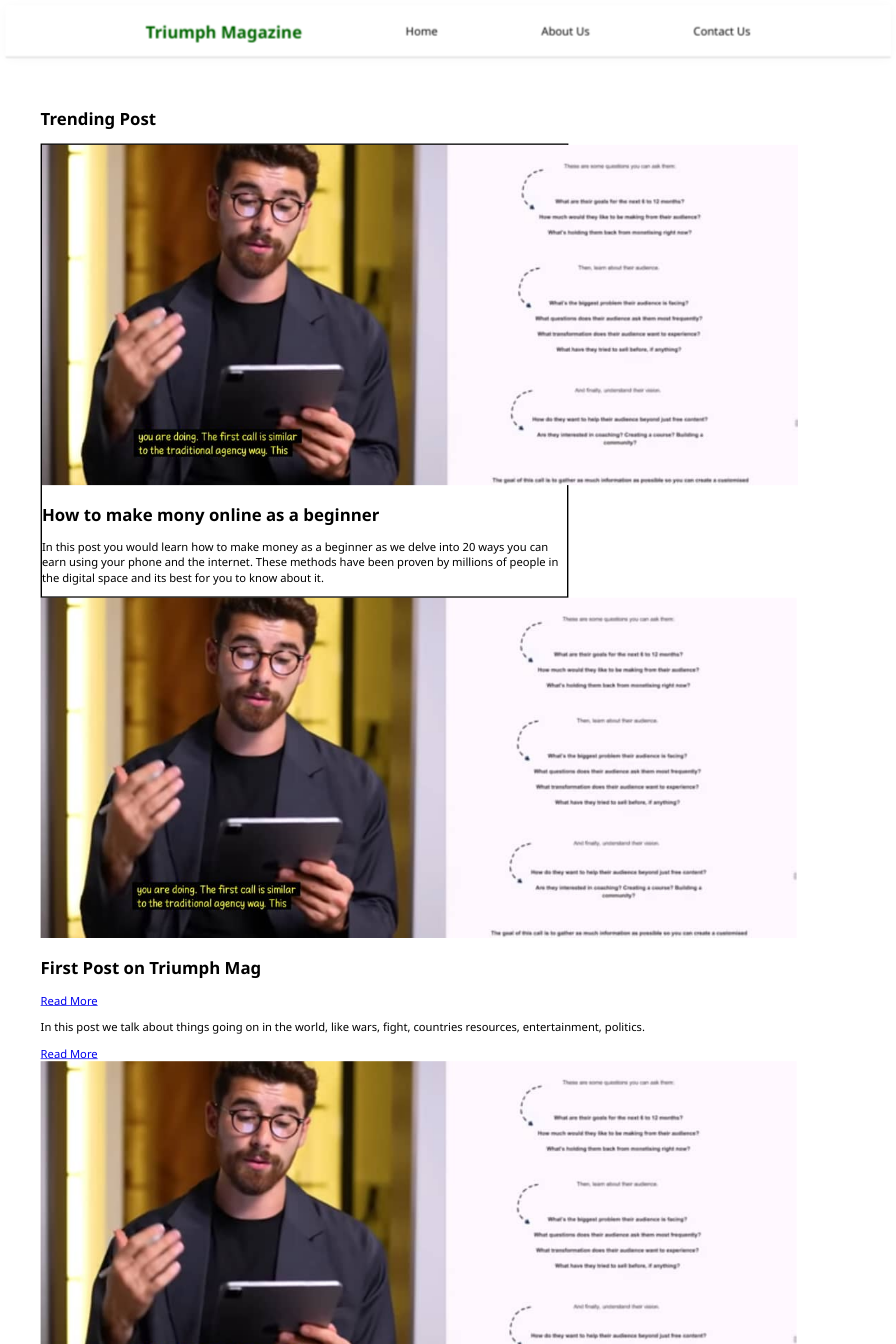
Repository: zikcolle/Triumph-Blog
Page: index.html
An editor plug-in stored every save of this project. The page is shown before and after the next save, followed by the edit.
The browser window is 1280 px wide. The pictures show the part of the page from y = 0 to 1920 px (the page is 5455 px tall), at 70% of full size.

Above is the page before, as saved 2026-06-20 15:46:28.

After the next save:
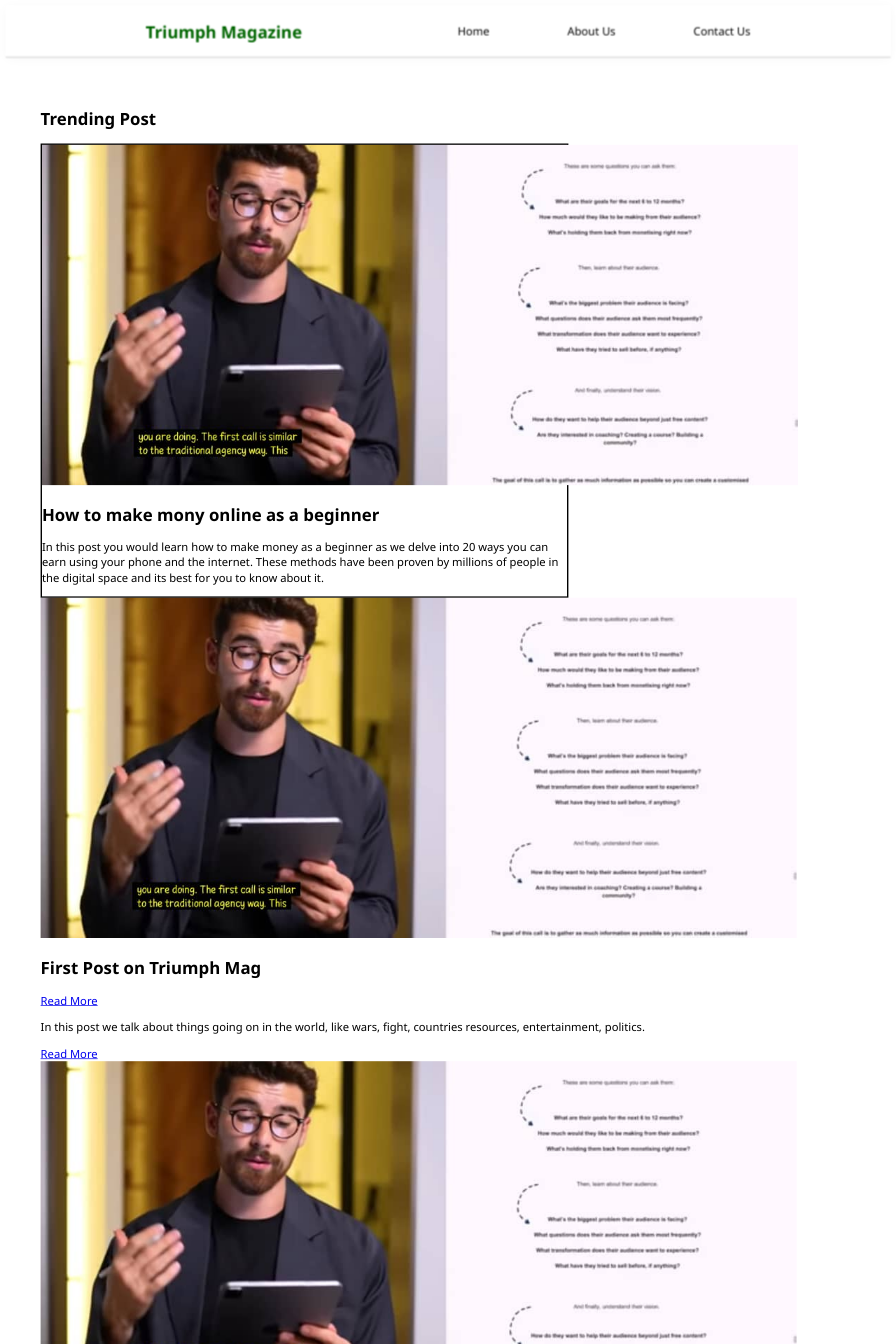
Saved 4 s later.
--- a/index.html
+++ b/index.html
@@ -11,7 +11,7 @@
 <body>
     <header>
         <h2>Triumph Magazine</h2>
-
+           <nav></nav>
             <a href="#">Home</a></li>
             <a href="/about-us">About Us</a>
             <a href="/contact-us">Contact Us</a>
